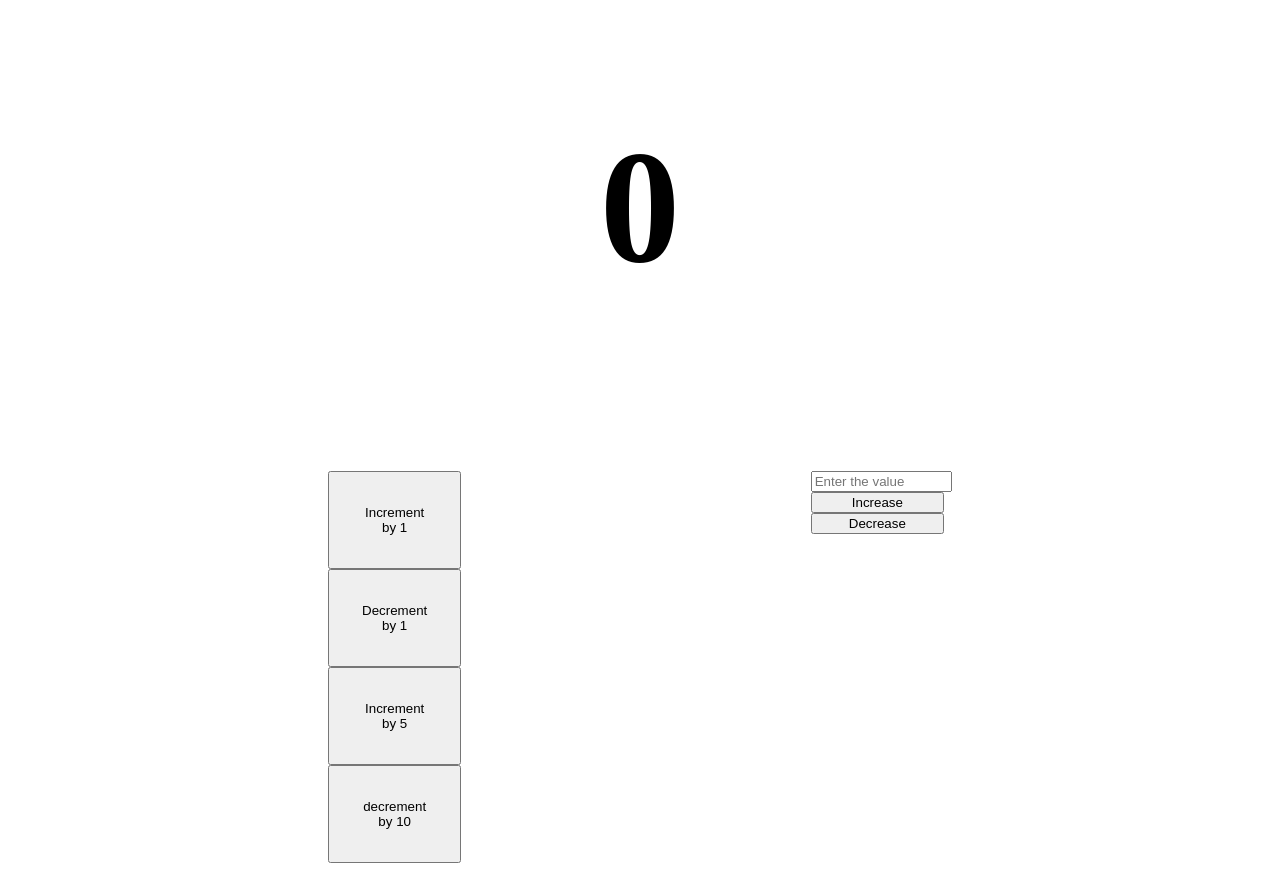
Repository: drumsmanku/micro-project-2
Page: index.html
The author's editor kept a copy of each file at every save. The page is drawn from the files as they stood at one save, then again after the next save.
The browser window is 1280 px wide. The pictures show the whole page.

Above is the page before, as saved 2023-04-07 19:42:50.

After the next save:
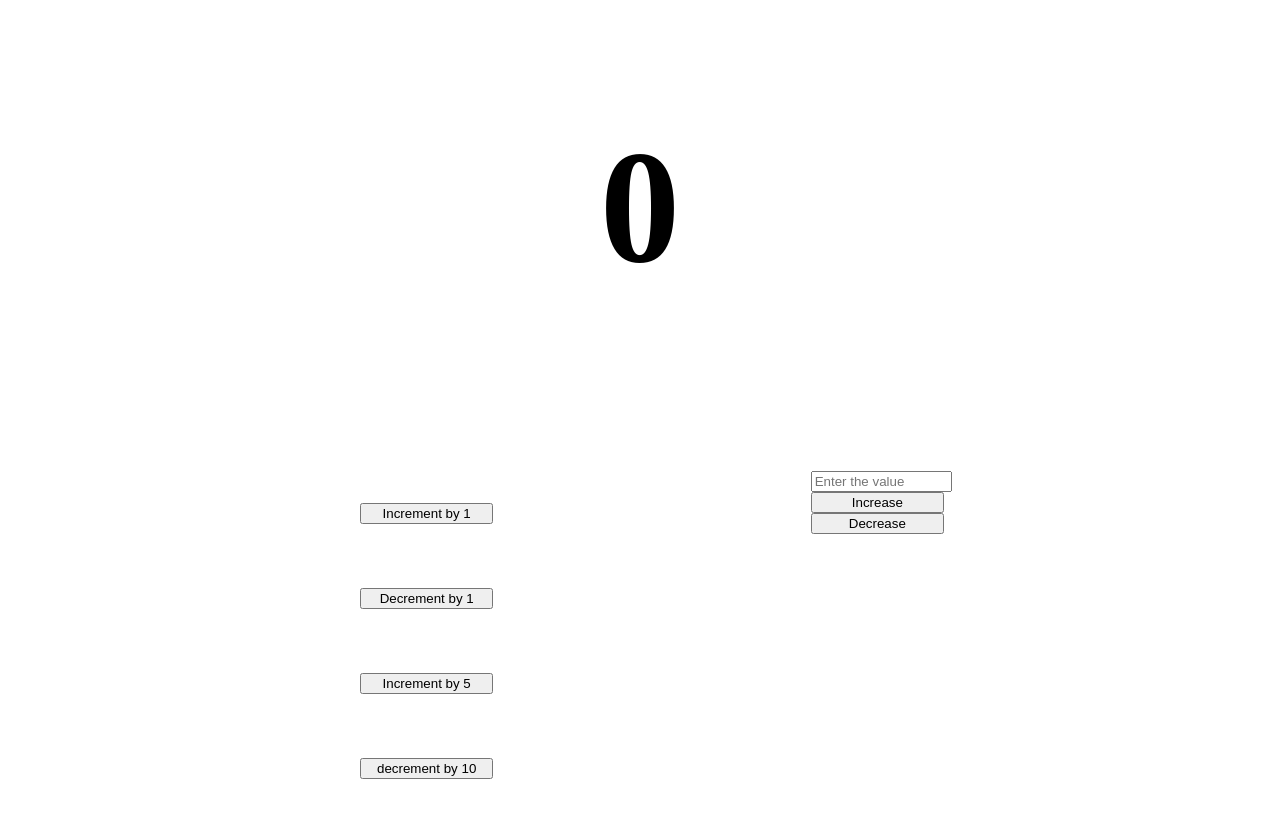
Saved 11 s later.
--- a/style.css
+++ b/style.css
@@ -25,7 +25,7 @@
 
 .second-first-part button{
   width: 10em;
-  padding: 2rem;
+  margin: 2rem;
 }
 
 .second-second-part{
